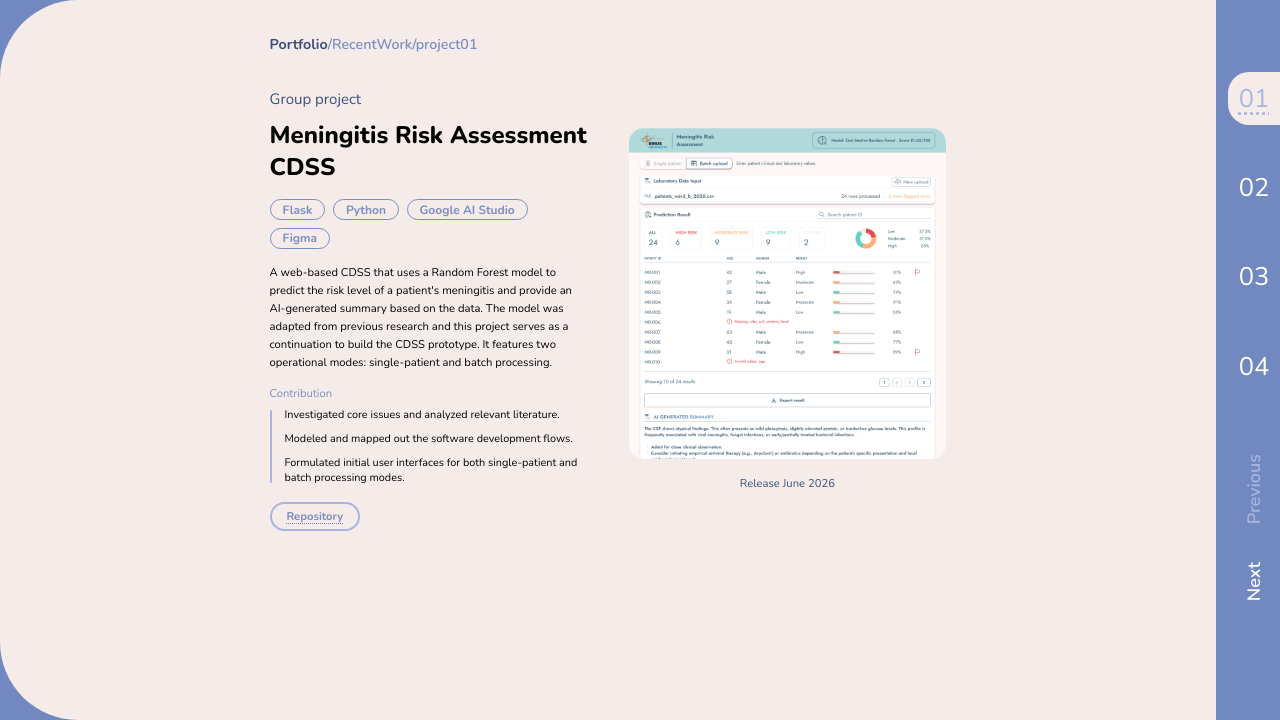
Repository: L-vy/L-vy
Page: /recentworks/project01
An editor plug-in stored every save of this project. The page is shown before and after the next save, followed by the edit.
The browser window is 1280 px wide. The pictures show the whole page.
Some web fonts or font styles are not loaded; a fallback is used. The project was rebuilt for these pictures with package versions that can differ from the ones it lists, and the page was loaded fresh each time. Also part of the build but not shown: vite.config.ts, src/components/Icon.tsx, src/data/site.ts, src/components/useGoTo.ts, src/components/Navbar.tsx, src/components/Hero.tsx, src/components/Reveal.tsx, src/components/Skills.tsx and 9 more.

Above is the page before, as saved 2026-10-07 20:29:26.

After the next save:
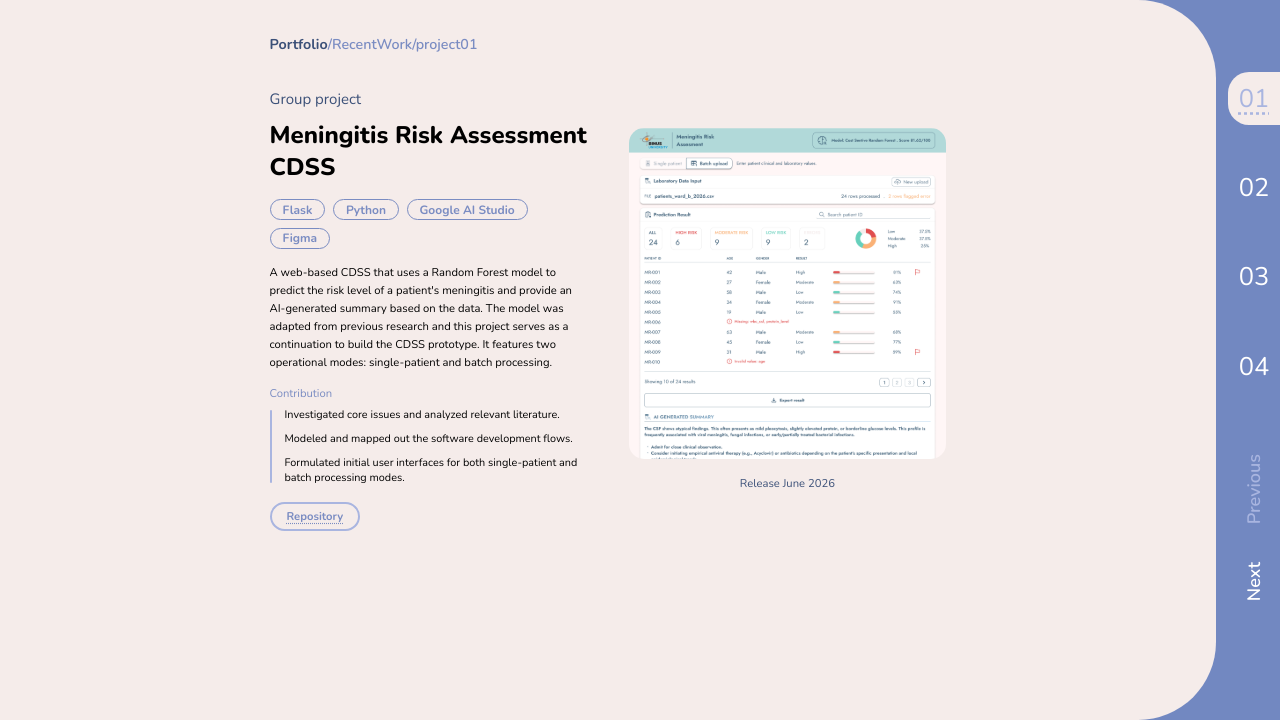
Saved 32 s later.
--- a/src/styles.css
+++ b/src/styles.css
@@ -132,7 +132,7 @@ h1{margin-top:0.25rem;font:400 2.5rem/1.35 'Playwrite US Modern','Nunito',cursiv
 .ci:hover,.ci.pulse{transform:translateY(-0.25rem) scale(1.12)}
 .footer-by{text-align:right;line-height:2;font-size:1rem}
 /* .detail{border-radius:0 0 2.875rem 2.875rem;padding-top:2.875rem;padding-bottom:4.375rem} */
-.detail{flex:1;min-width:0;min-height:100vh;border-radius:6.5rem 0 0 6.5rem;padding-top:2.875rem;padding-bottom:4.375rem}
+.detail{flex:1;min-width:0;min-height:100vh;border-radius:0 6.5rem 6.5rem 0;padding-top:2.875rem;padding-bottom:4.375rem}
 .detail-grid{display:grid;grid-template-columns:1fr 1fr;gap:3.5rem;align-items:center;margin-top:2.875rem}
 .detail-title{margin:0;font:800 2rem/1.3 'Nunito',sans-serif}
 .detail .pills{margin-top:1.375rem}
